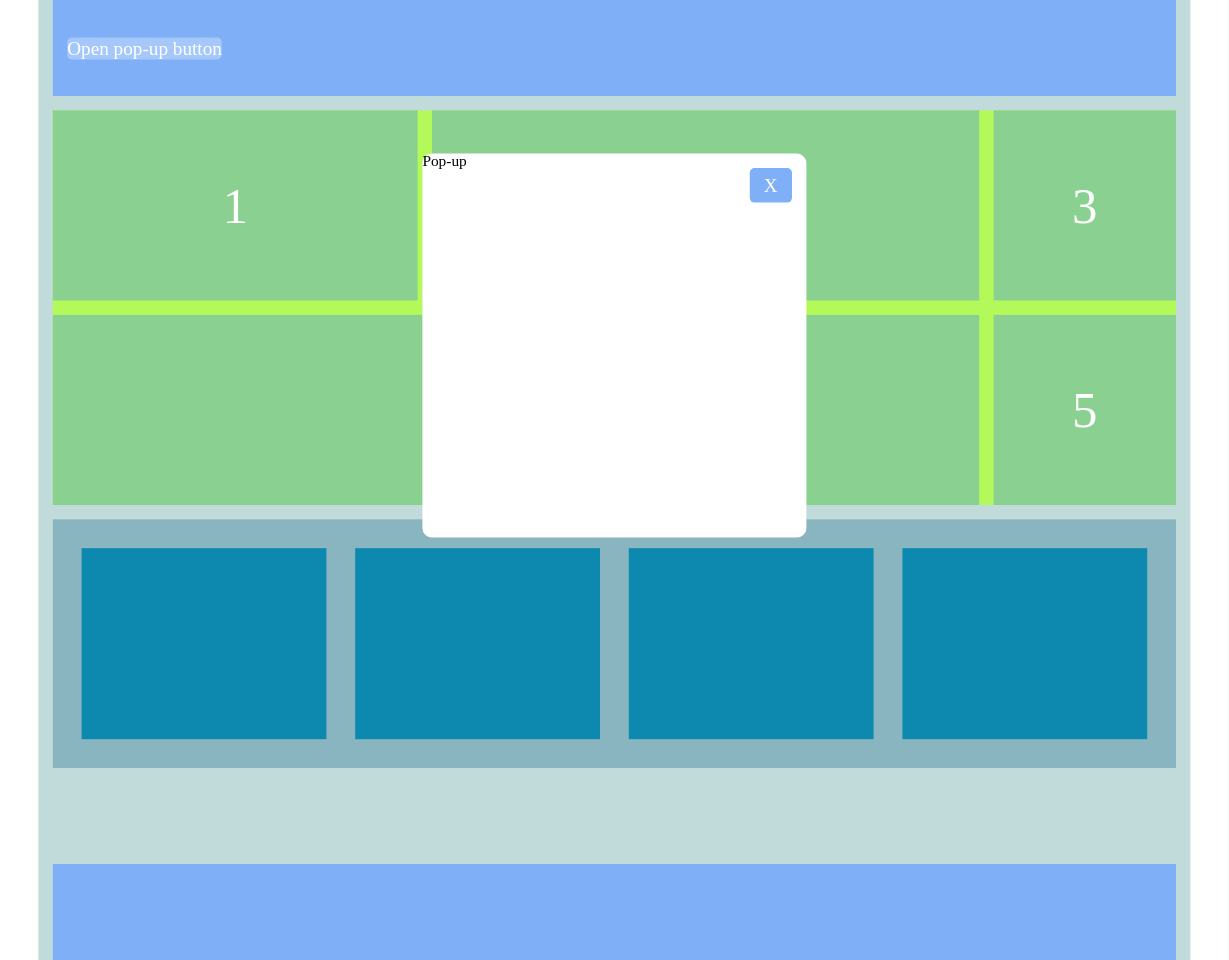
Repository: Evgenius190999999/nodasoft
Page: index.html
The author's editor kept a copy of each file at every save. The page is drawn from the files as they stood at one save, then again after the next save.
The browser window is 1280 px wide. The pictures show the whole page, at 96% of full size.
Some web libraries are served in a nearby version. The style sheet was rebuilt from its Sass, Less or Tailwind sources for each picture, by a compiler version that may differ from the author's.

Above is the page before, as saved 2022-07-08 18:53:25.

After the next save:
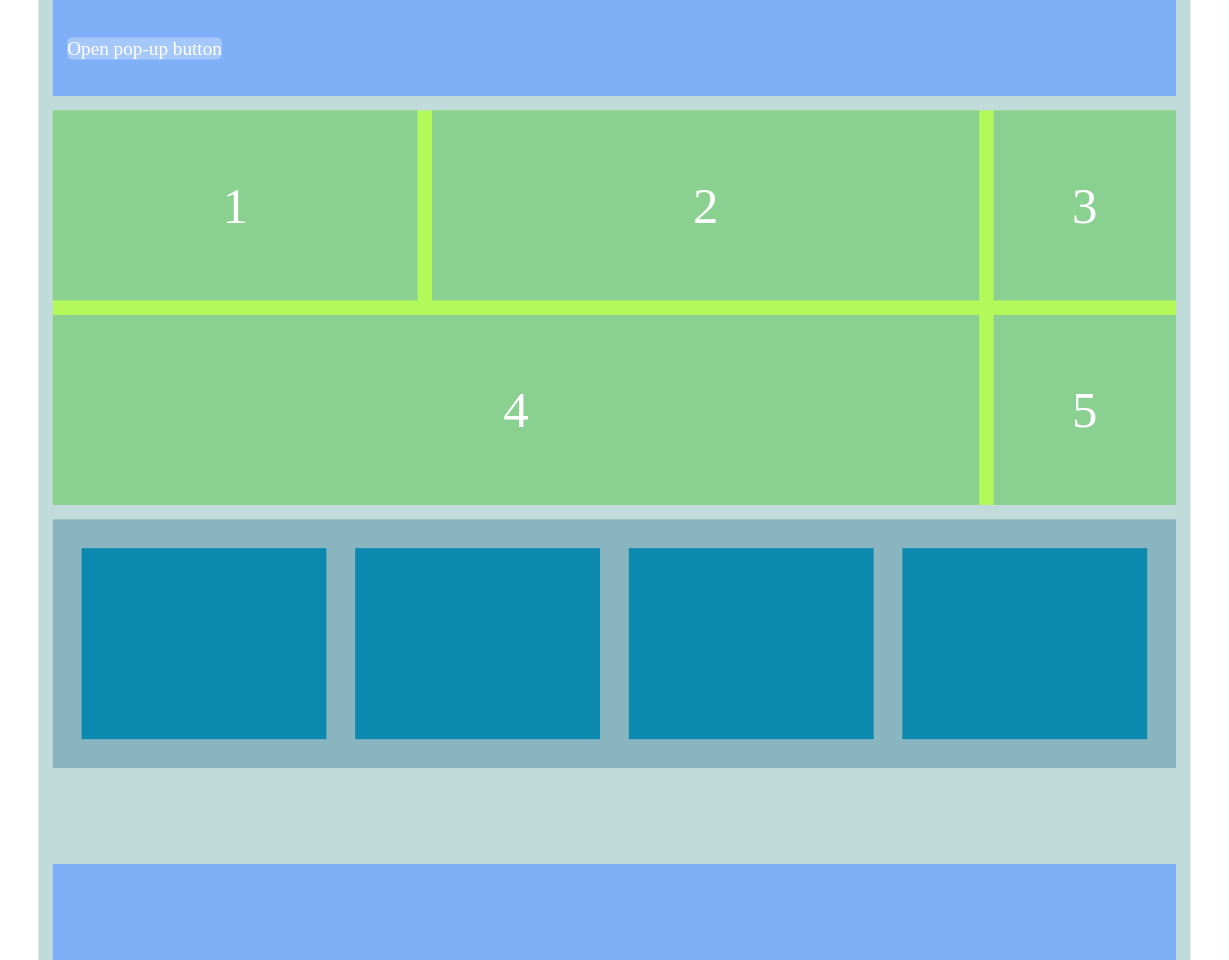
Saved 20 s later.
--- a/style/sass/style.sass
+++ b/style/sass/style.sass
@@ -76,7 +76,7 @@
     height: 100px
 
 .popup
-    display: block
+    display: none
     position: absolute
     width: 400px
     height: 400px
